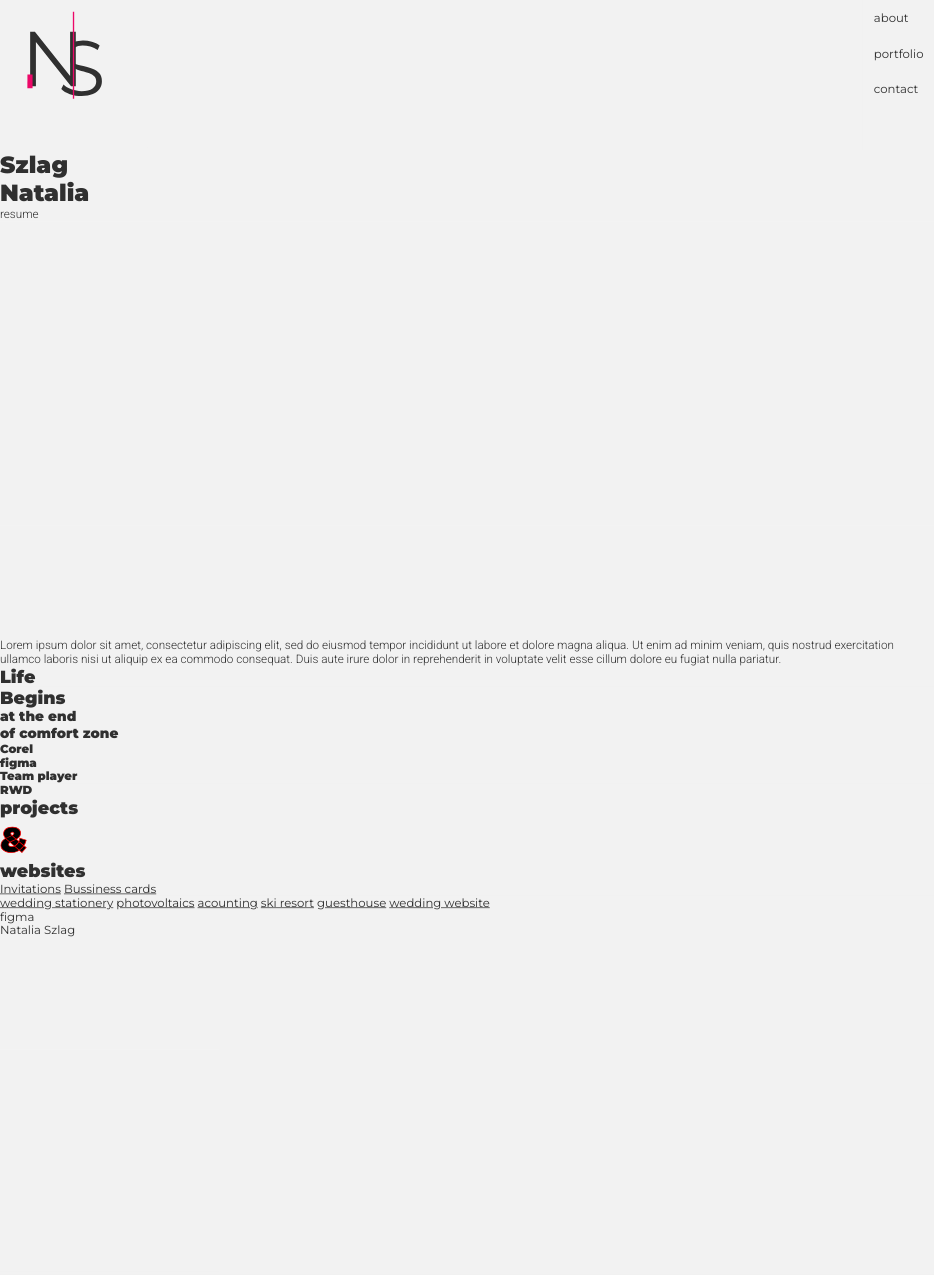
Repository: nataliaszlag/portfolio3
Page: index.html
The author's editor kept a copy of each file at every save. The page is drawn from the files as they stood at one save, then again after a run of saves.
The browser window is 1280 px wide. The pictures show the whole page, at 73% of full size.
The style sheet was rebuilt from its Sass, Less or Tailwind sources for each picture, by a compiler version that may differ from the author's.

Above is the page before, as saved 2020-09-26 16:46:59.

After the next 2 saves:
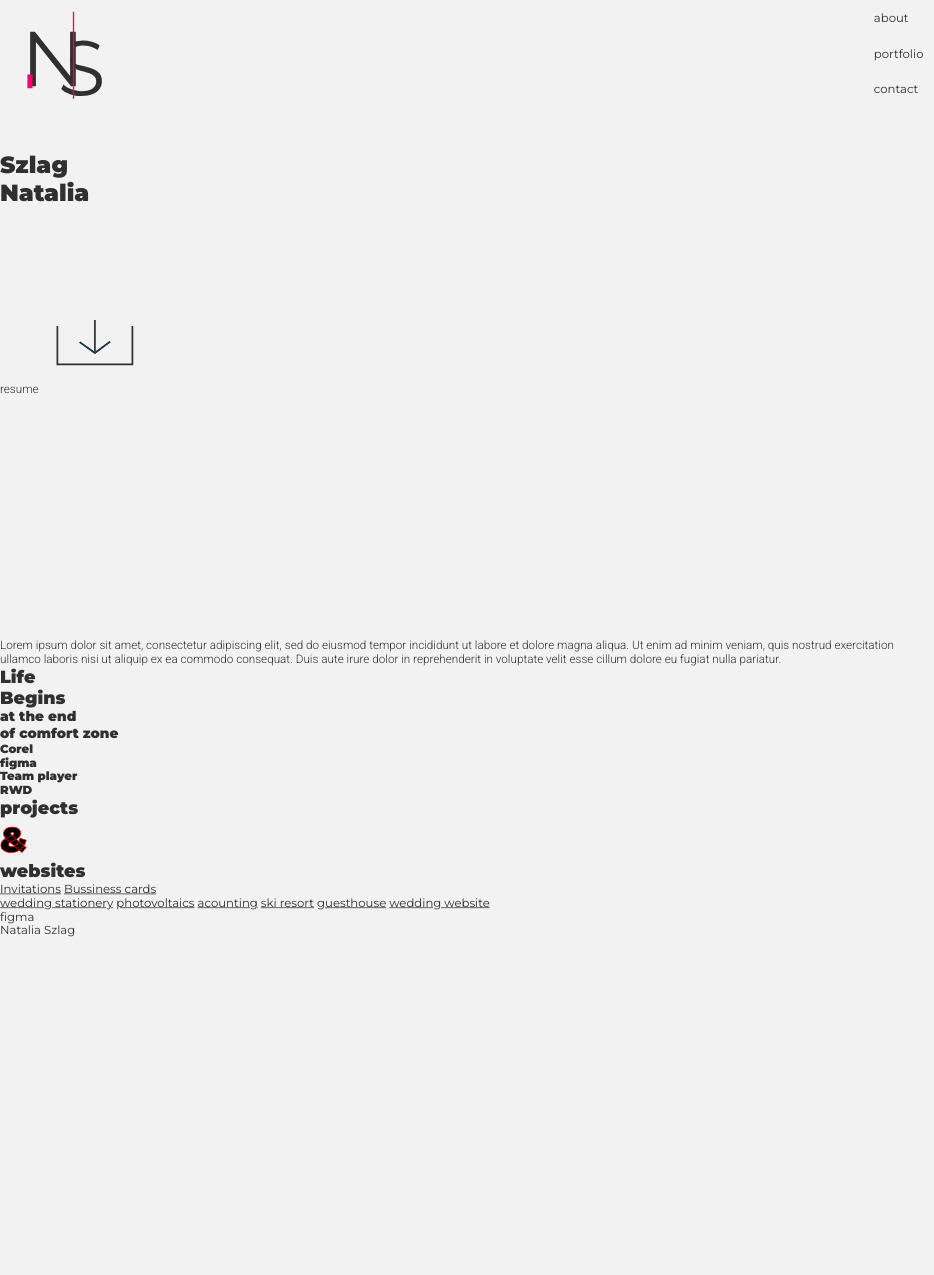
The 2 saves are shown as one change because they came seconds apart.
The last was saved 24 s later.
--- a/index.html
+++ b/index.html
@@ -27,7 +27,15 @@
         </nav>
         <h1 class="name">Szlag<br>Natalia</h1>
         <div class="resume">
-            <icon class="resume-icon"></icon>
+            <icon class="resume-icon">
+                <svg width="295" height="236" viewBox="0 0 295 236" fill="none" xmlns="http://www.w3.org/2000/svg">
+                    <path d="M78.6055 162.528V215.072H181.395V162.528" stroke="#303030" stroke-width="2.36" stroke-miterlimit="22.9256"/>
+                    <path d="M130 154.473V199.527" stroke="#303030" stroke-width="2.36" stroke-miterlimit="22.9256"/>
+                    <path d="M109.133 184.602L130 199.527L150.867 183.898" stroke="#00A0E3" stroke-width="2.36" stroke-miterlimit="22.9256"/>
+                    <path d="M109.133 184.602L130 199.527L150.867 183.898" stroke="#303030" stroke-width="2.36" stroke-miterlimit="22.9256"/>
+                    </svg>
+
+            </icon>
             <p class="resume-p">resume</p>
         </div>
     </header>
